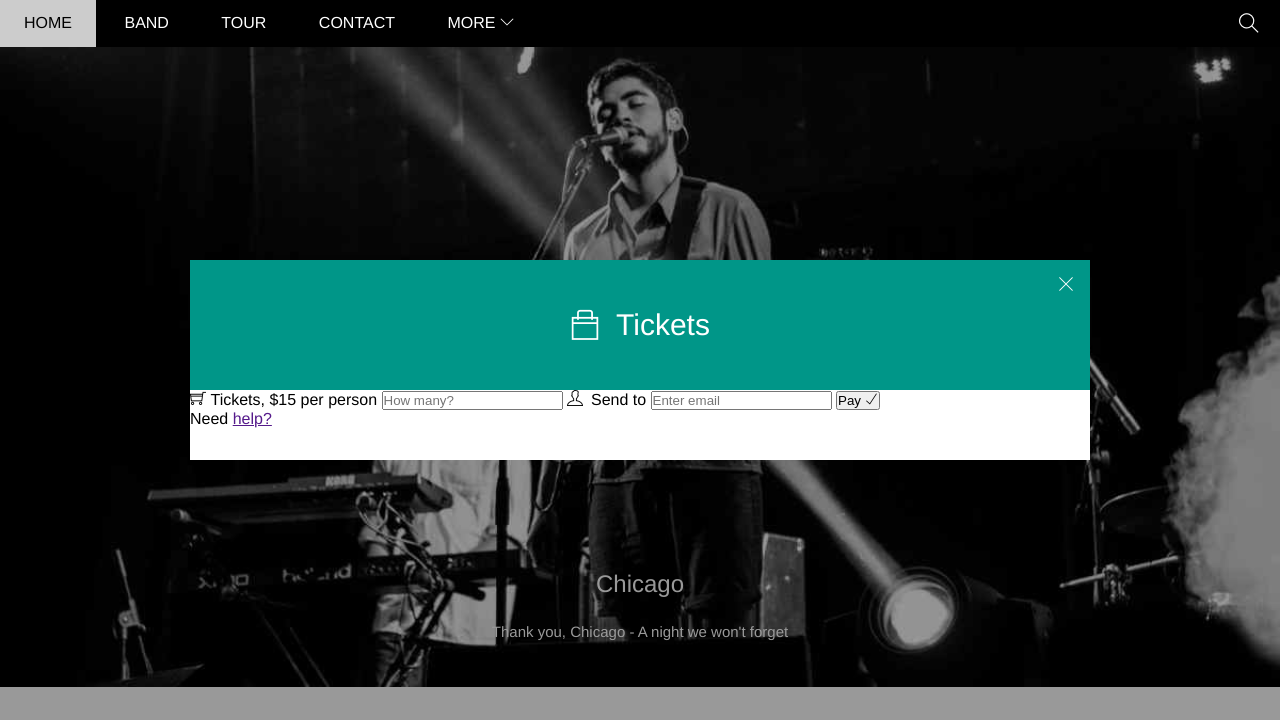
Repository: qhoa25623/The-Band
Page: index.html
These files come from the project's save history. The page is drawn as it stood at one moment and after the next save; the edit follows.
The browser window is 1280 px wide. The pictures show the window.
A layer covers the whole window, so only the first screen is drawn.

Above is the page before, as saved 2022-04-27 22:58:57.

After the next save:
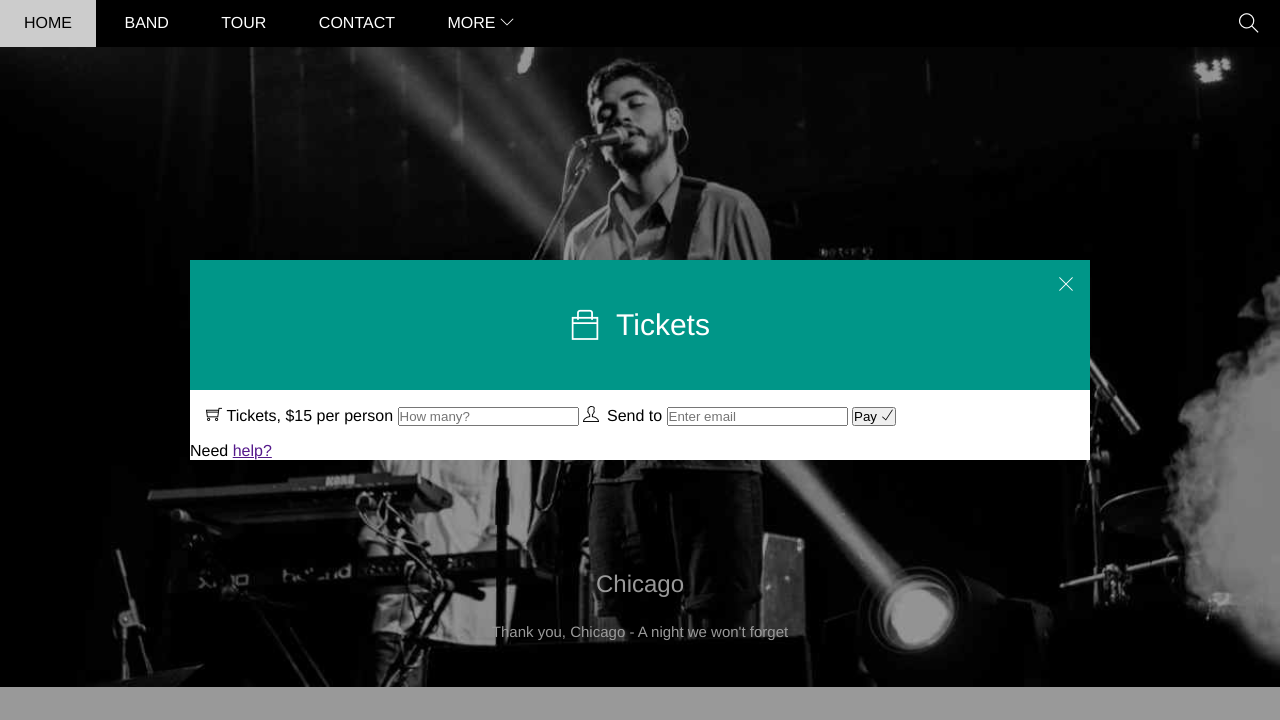
Saved 12 s later.
--- a/assets/css/styles.css
+++ b/assets/css/styles.css
@@ -272,5 +272,5 @@ html {
   background-color: #ccc;
 }
 .modal-body{
-
-}
+  padding:16px;
+}
